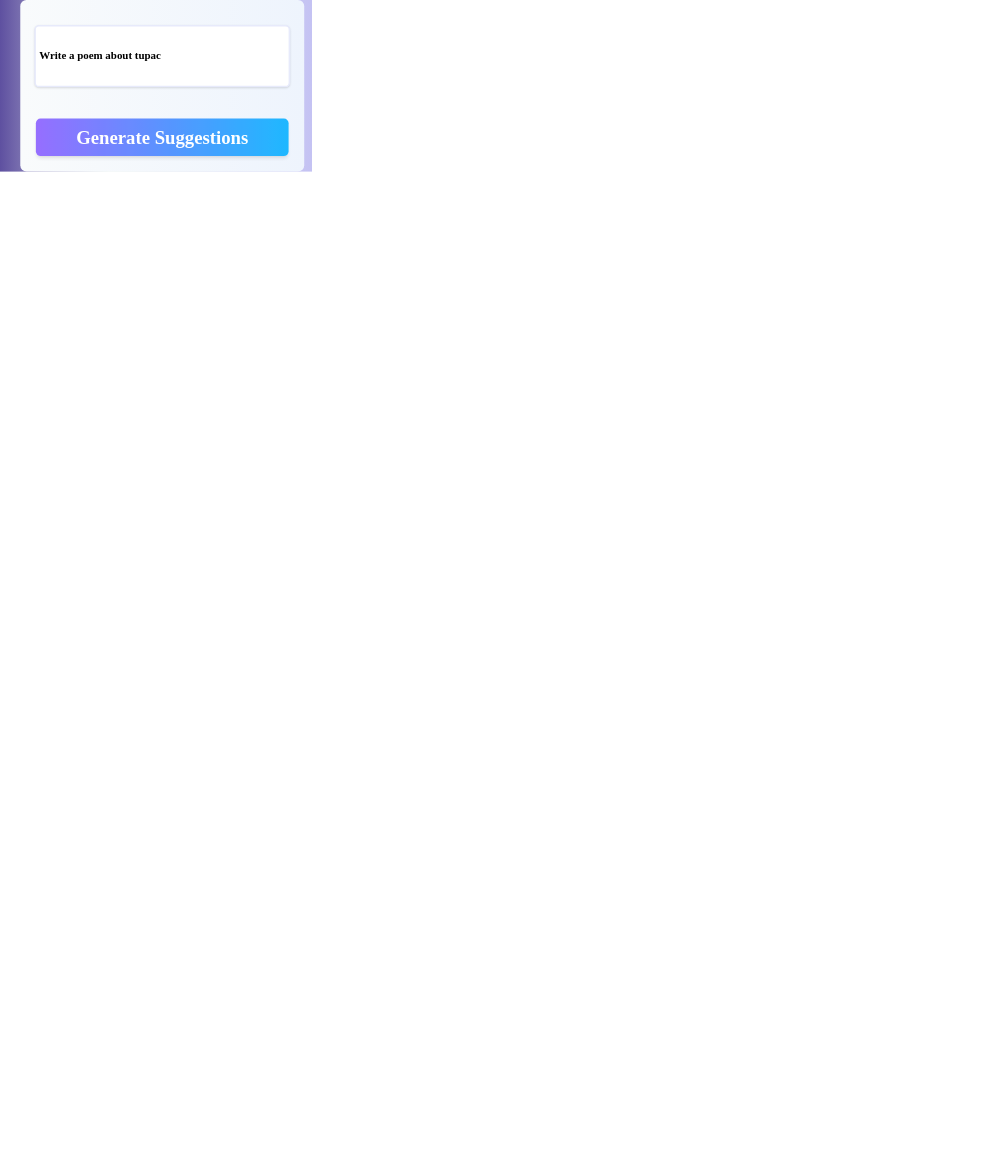
Repository: djdjdallas/AskAlex
Page: /
The author's editor kept a copy of each file at every save. The page is drawn from the files as they stood at one save, then again after the next save.
The browser window is 1280 px wide. The pictures show the whole page, at 78% of full size.
The project was rebuilt for these pictures with package versions that can differ from the ones it lists, and the page was loaded fresh each time. Also part of the build but not shown: webpack.config.js.

Above is the page before, as saved 2023-02-27 16:17:15.

After the next save:
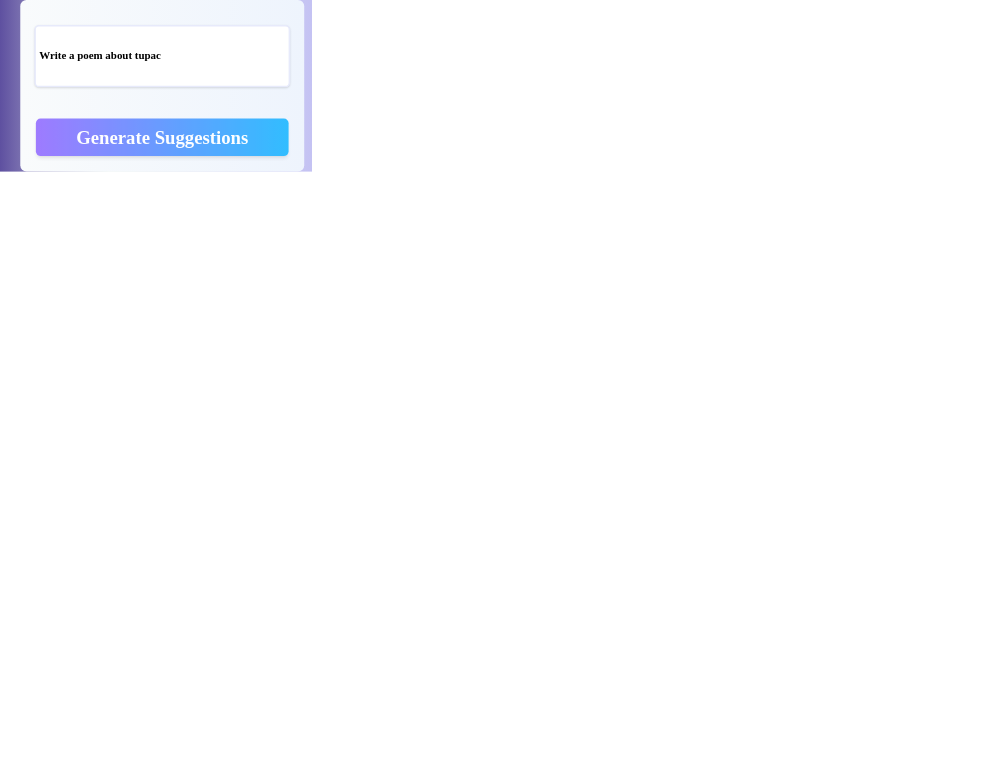
Saved 5 min 23 s later.
--- a/src/App.css
+++ b/src/App.css
@@ -1,7 +1,7 @@
 .App {
   text-align: center;
   width: 500px;
-  height: 1500px;
+  height: 1000px;
 }
 
 .App-logo {
